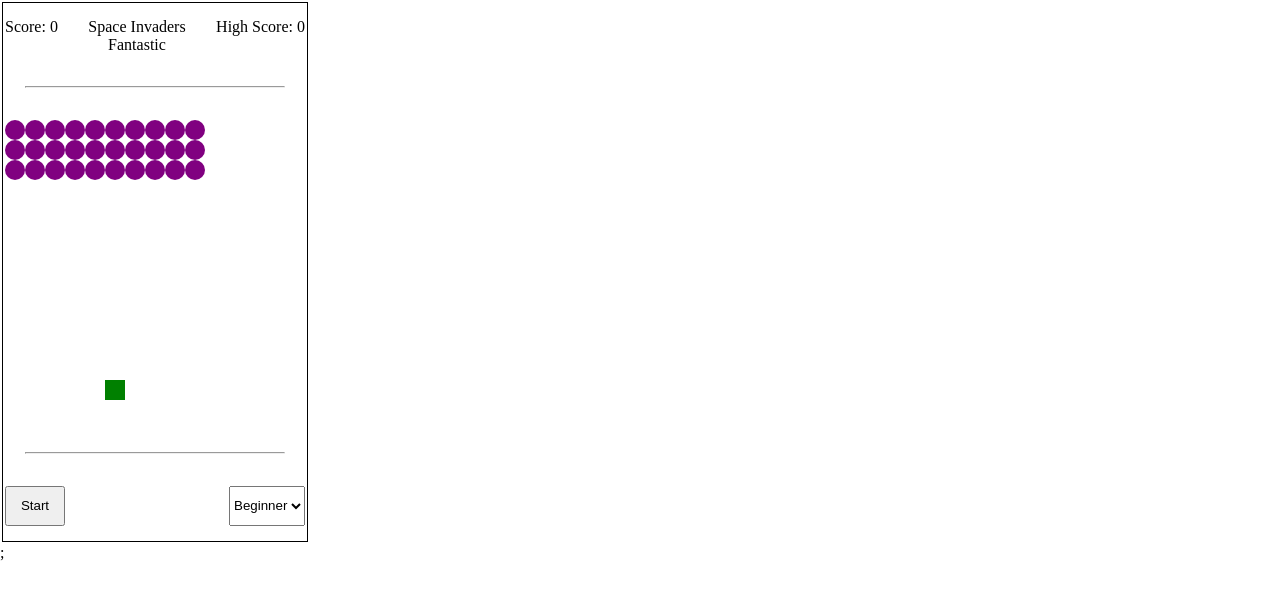
Repository: baziz22/Vanilla_JS_Projects
Page: space invaders/index.html
These files come from the project's save history. The page is drawn as it stood at one moment and after the next save; the edit follows.
The browser window is 1280 px wide. The pictures show the whole page.

Above is the page before, as saved 2022-02-20 01:47:21.

### space invaders/index.html
<!DOCTYPE html>
<html lang="en">
  <head>
    <meta charset="UTF-8" />
    <meta http-equiv="X-UA-Compatible" content="IE=edge" />
    <meta name="viewport" content="width=device-width, initial-scale=1.0" />
    <link rel="stylesheet" href="style.css" />
    <title>Space Invaders</title>
  </head>
  <body>
    <div id="scene">
      <div id="scene-header">
        <div>Score: <span id="score">0</span></div>
        <div id="scene-messages">
          <div id="game-title">Space Invaders</div>
          <div id="messages">Fantastic</div>
        </div>

        <div>High Score: <span id="high-score">0</span></div>
      </div>
      <hr />
      <div id="scene-body">
        <div class="grid"></div>
      </div>
      <hr />
      <div id="scene-footer">
        <button id="start-btn">Start</button>
        <select id="level" title="levels">
          <option value="beginner">Beginner</option>
          <option value="medium">Medium</option>
          <option value="hard">Hard</option>
        </select>
      </div>
    </div>
    ;

    <script src="script.js"></script>
  </body>
</html>

### space invaders/style.css
* {
  padding: 0;
  margin: 0;
  box-sizing: border-box;
}
#scene {
  max-width: 306px;
  min-height: 75vh;
  padding: 2px;
  margin: 2px;
  border: 1px solid black;
  display: flex;
  flex-direction: column;
  justify-content: space-around;
}
#scene-header {
  display: flex;
  justify-content: space-between;
}
#scene-messages {
  display: flex;
  flex-direction: column;
  justify-items: center;
  text-align: center;
  align-items: center;
}

#scene-body {
}
#scene-footer {
  display: flex;
  justify-content: space-between;
}

#start-btn {
  width: 60px;
  height: 40px;
}

hr {
  margin: 5px 20px;
}

.grid {
  width: 3px00;
  height: 300px;

  display: flex;
  flex-wrap: wrap;
}
.grid div {
  width: 20px;
  height: 20px;
}
.invader {
  background-color: purple;
  border-radius: 10px;
}
.shooter {
  background-color: green;
}

### space invaders/script.js
const grid = document.querySelector('.grid');
let currentShooterIndex = 200;
let width = 15;

for (let i = 0; i < 225; i++) {
  const square = document.createElement('div');
  grid.appendChild(square);
}
const squares = Array.from(document.querySelectorAll('.grid div'));

const alienInvaders = [
  0, 1, 2, 3, 4, 5, 6, 7, 8, 9, 15, 16, 17, 18, 19, 20, 21, 22, 23, 24, 30, 31,
  32, 33, 34, 35, 36, 37, 38, 39,
];
function draw() {
  for (let i = 0; i < alienInvaders.length; i++) {
    squares[alienInvaders[i]].classList.add('invader');
  }
}
draw();
squares[currentShooterIndex].classList.add('shooter');

function moveShooter(e) {
  squares[currentShooterIndex].classList.remove('shooter');
  switch (e.key) {
    case 'ArrowLeft':
      if (currentShooterIndex % width !== 0) currentShooterIndex -= 1;
      break;
    case 'ArrowRight':
      if (currentShooterIndex % width < width - 1) currentShooterIndex += 1;
      break;
  }
  // redraw the shooter in its new position
  squares[currentShooterIndex].classList.add('shooter');
}
document.addEventListener('keydown', moveShooter);

After the next save:
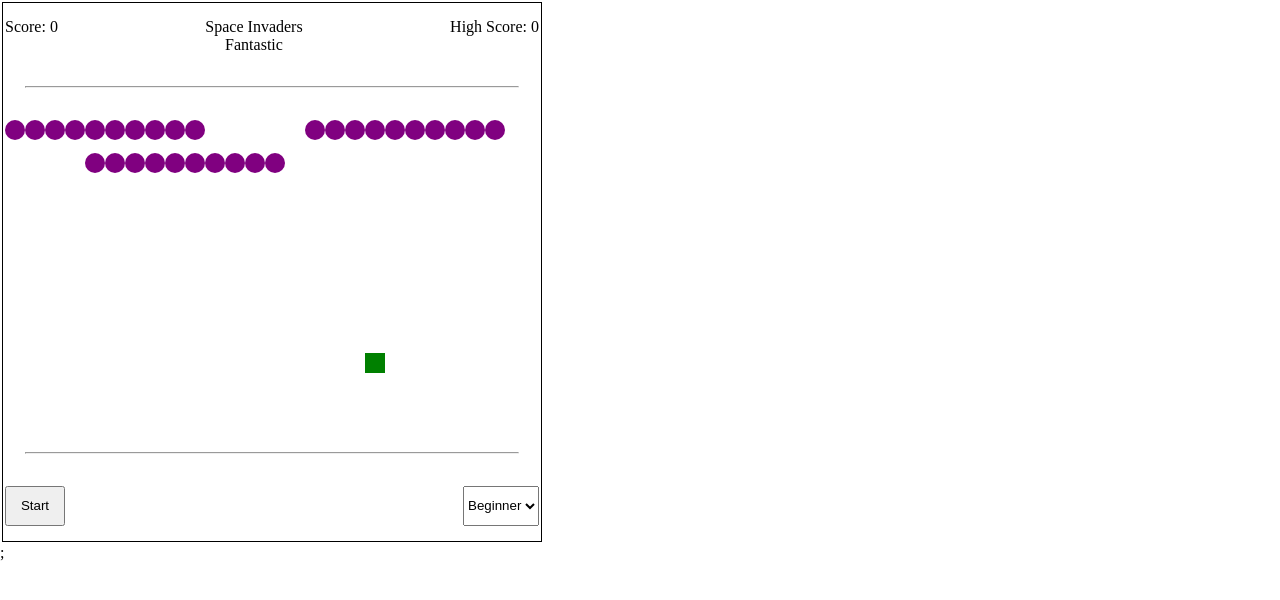
Saved 30 s later.
--- a/space invaders/style.css
+++ b/space invaders/style.css
@@ -4,7 +4,7 @@
   box-sizing: border-box;
 }
 #scene {
-  max-width: 306px;
+  max-width: 75vh;
   min-height: 75vh;
   padding: 2px;
   margin: 2px;
